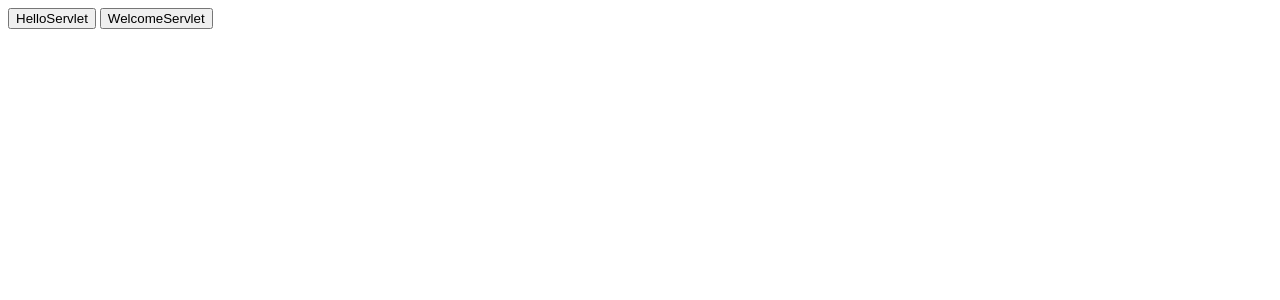
Repository: Zz313s/backup
Page: http://localhost/HelloServlet2/
The author's editor kept a copy of each file at every save. The page is drawn from the files as they stood at one save, then again after the next save.
The browser window is 1280 px wide. The pictures show the whole page.
The page is served by Tomcat 9. Other server files are loaded and not shown.

Above is the page before, as saved 2017-11-22 12:32:18.

### saba/HelloServlet2/WebContent/index.jsp
<%@ page language="java" contentType="text/html; charset=UTF-8"
    pageEncoding="UTF-8"%>
<!DOCTYPE html PUBLIC "-//W3C//DTD HTML 4.01 Transitional//EN" "http://www.w3.org/TR/html4/loose.dtd">
<html>
<head>
<meta http-equiv="Content-Type" content="text/html; charset=UTF-8">
<title>HelloServlet</title>
</head>
<body>
<input type="button" value="HelloServlet" onClick="location.href='HelloServlet'">
<input type="button" value="WelcomeServlet" onClick="location.href='welcome.jsp'">
</body>
</html>

After the next save:
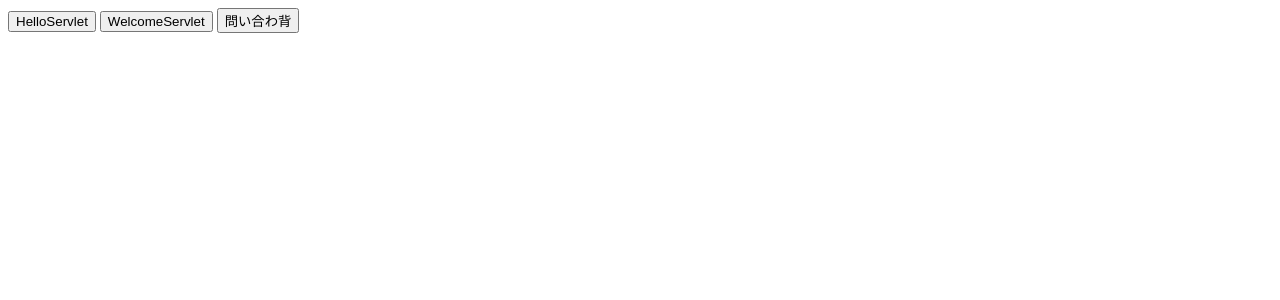
Saved 99 s later.
--- a/saba/HelloServlet2/WebContent/index.jsp
+++ b/saba/HelloServlet2/WebContent/index.jsp
@@ -9,5 +9,6 @@
 <body>
 <input type="button" value="HelloServlet" onClick="location.href='HelloServlet'">
 <input type="button" value="WelcomeServlet" onClick="location.href='welcome.jsp'">
+<input type="button" value="問い合わ背" onClick="location.href='inquery.jsp'">
 </body>
 </html>
